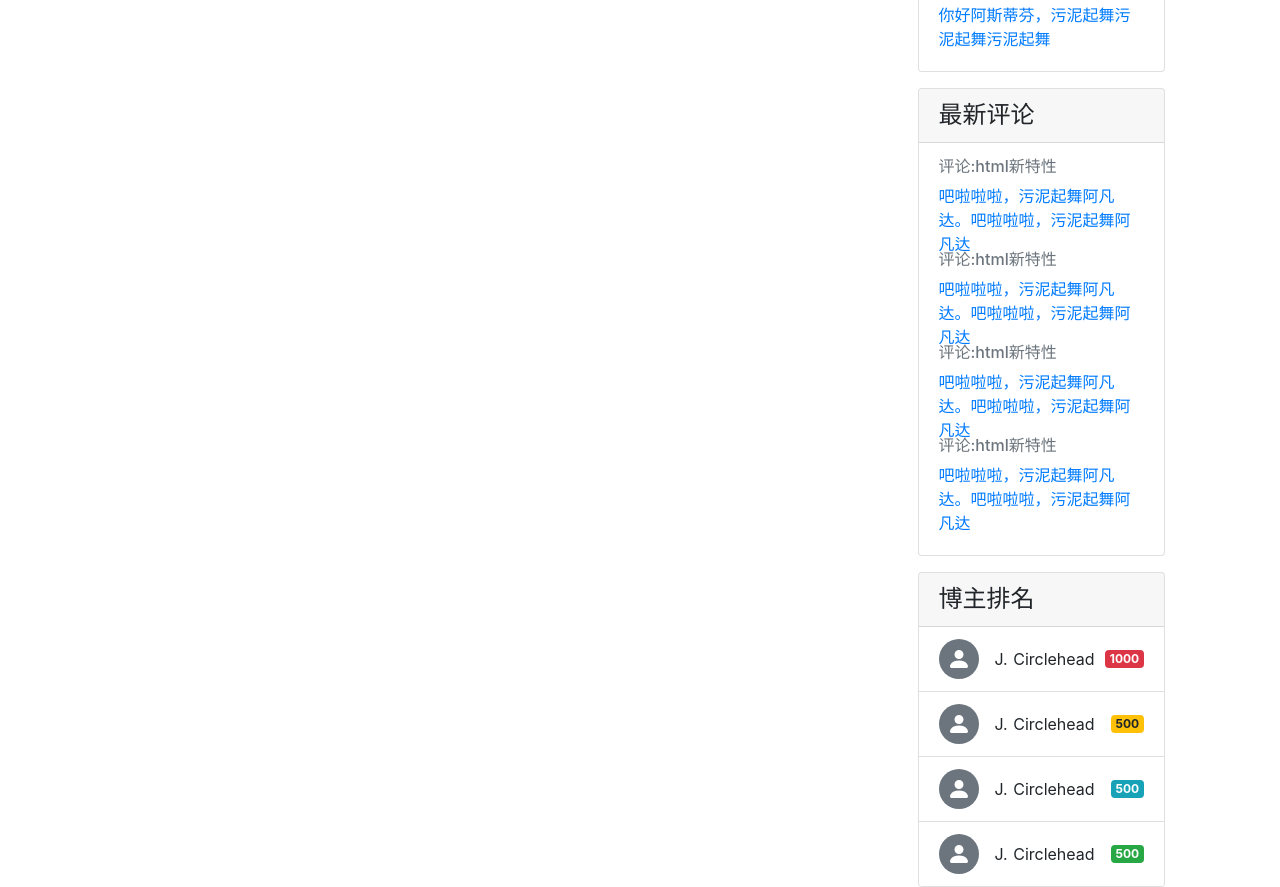
Repository: MTTTM/nuxt-xiaomatata
Page: /
The author's editor kept a copy of each file at every save. The page is drawn from the files as they stood at one save, then again after the next save.
The browser window is 1280 px wide. The pictures show the part of the page from y = 944 to 1896 px (the page is 1831 px tall before and 1896 px after).
The project was rebuilt for these pictures with package versions that can differ from the ones it lists, and the page was loaded fresh each time. The framework's server and built-in components were replaced by stand-ins that run in the browser. Also part of the build but not shown: nuxt.config.js, components/Logo.vue, components/aboutMe.vue, components/articleListItem.vue, components/bloggerRanking.vue, components/carouselBox.vue, components/classifyList.vue, components/commentBox.vue and 7 more. Imported but missing from the stored project, and not drawn on this page: components/cmSpinner, mixins/scrollLoad.

Above is the page before, as saved 2021-04-10 12:13:44.

After the next save:
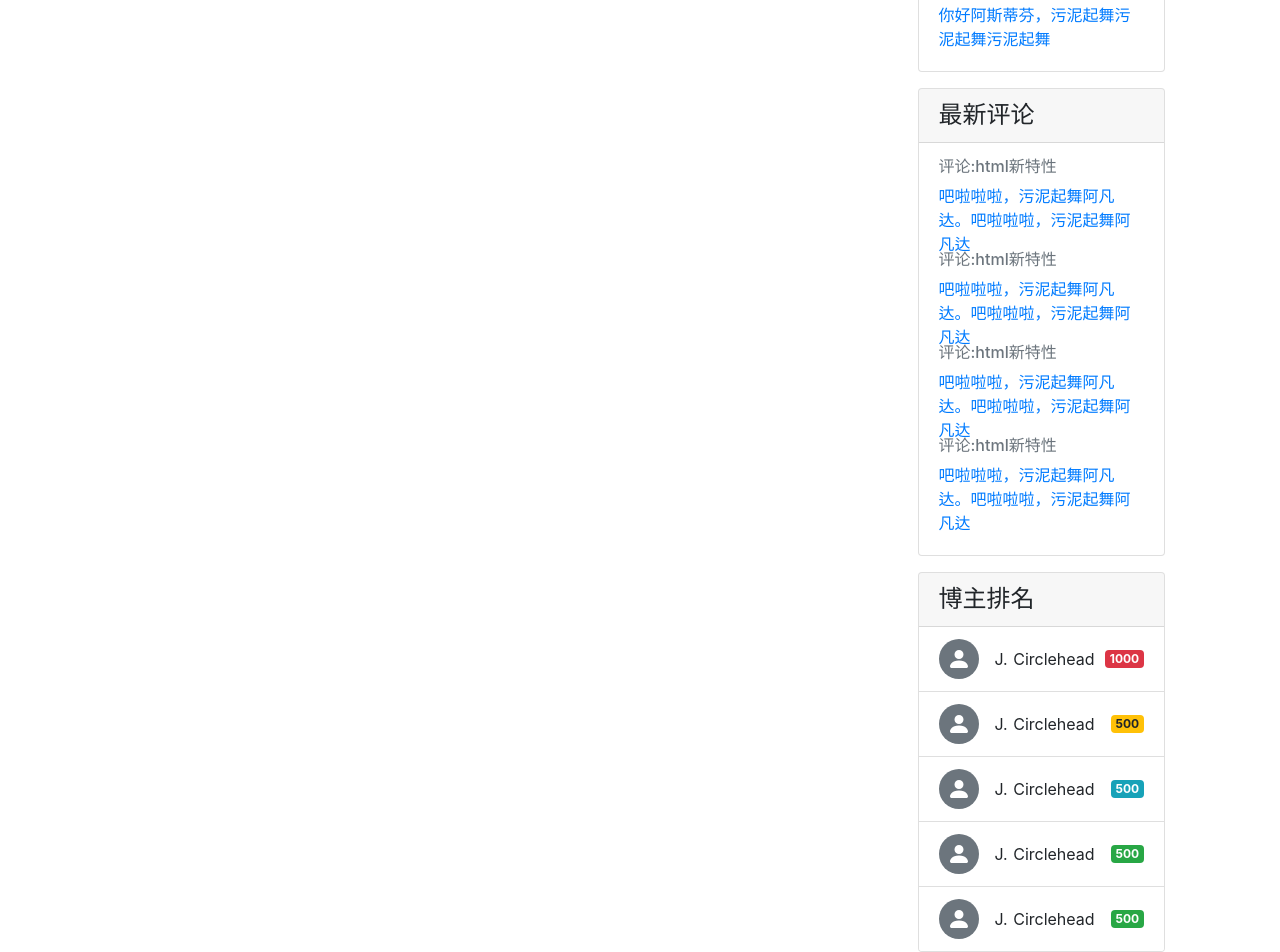
Saved 5 s later.
--- a/pages/index.vue
+++ b/pages/index.vue
@@ -156,6 +156,11 @@
                 <span class="mr-auto">J. Circlehead</span>
                 <b-badge variant="success">500</b-badge>
               </b-list-group-item>
+              <b-list-group-item class="d-flex align-items-center">
+                <b-avatar class="mr-3"></b-avatar>
+                <span class="mr-auto">J. Circlehead</span>
+                <b-badge variant="success">500</b-badge>
+              </b-list-group-item>
             </b-list-group>
           </b-card>
         </b-col>
